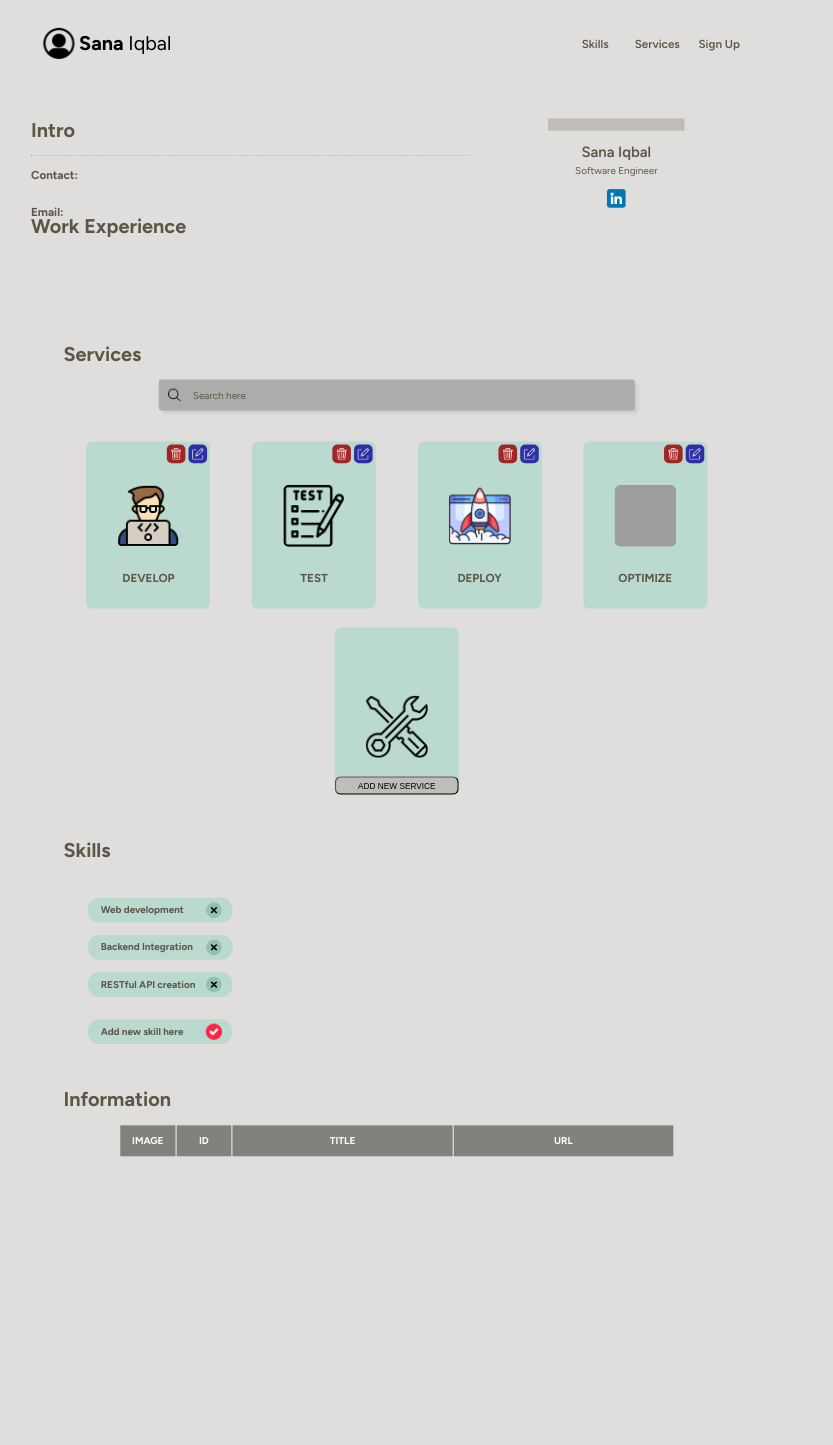
Repository: SanaIqbalDev/Portfolio
Page: portfolio.html
The author's editor kept a copy of each file at every save. The page is drawn from the files as they stood at one save, then again after the next save.
The browser window is 1280 px wide. The page is 1344 px wide, so the pictures cover 1344 px, including what lies to the right of the window. The pictures show the whole page, at 62% of full size.
Pictures or frames that could not be fetched are drawn as grey boxes. The page's requests for data from a server got no answer.

Above is the page before, as saved 2023-08-24 12:18:56.

### portfolio.html
<!DOCTYPE html>
<html lang="en">

<head>
  <meta charset="utf-8" />
  <meta name="viewport" content="width=device-width, initial-scale=1.0" />
  <title>Sana Iqbal</title>
  <link rel="preconnect" href="https://fonts.googleapis.com">
  <link rel="preconnect" href="https://fonts.gstatic.com" crossorigin>
  <link href="https://fonts.googleapis.com/css2?family=Figtree:wght@400;600;700&display=swap" rel="stylesheet">
  <link rel="stylesheet" href="styles.css" />
  <script src="js/portfolio-main.js"></script>
  <script src="js/portfolio-skills.js"></script>
  <script src="js/portfolio-form-submission.js"></script>
  <script src="js/portfolio.external-data.js"></script>
</head>

<body>
  <header>

    <div class="header-div">
      <img width="50px" height="50px" src="res/ic_login.png">
      <h1 style="font-weight: 800;">&nbspSana&nbsp</h1>
      <h1 style="font-weight: 300;">Iqbal</h1>
    </div>

    <div class="header-option-section">

      <h3 id="skillset" class="header-options">Skills</h3>
      <h3 id="services" class="header-options">Services</h3>
      <h3 id="signup" class="header-options">Sign Up</h3>
    </div>
  </header>

  <main>
    <div class="main-content">
      <div class="top-row"  style="width: 100%; display: grid;grid-template-columns: 60% 20%;grid-gap:10%;margin-bottom: -50px;">
        <div class="intro-div">
          <h1 style="margin-top: 0;">Intro</h1>
          <p id="intro-data">

          </p>

          <hr style="margin: 0;">

          <h3 class="inline-div" style=" display: inline-block;">
            Contact:</h3>
          <p id="contact-data" style=" display: inline-block;"></p>
          <br />
          <h3 class="inline-div" style="display: inline-block;">
            Email:</h3>
          <p  id="email-data" style=" display: inline-block;"></p>
        </div>
        <div id="picture">
          <img id="person" width="200px" height="auto"
            />
          <h2  id="name-data" >Sana Iqbal</h2>
          <h4 id="heading">Software Engineer</h3>
            <a id="linkedin-data" target="_blank"><img id="img-linkedin"
                src="res/linkedin.png" width="30px" height="30px"></a>
        </div>
      </div>
      <div id="details">

        <div>
          <h1 style="margin-bottom: 50px;">
            Work Experience</h1>
            <div id="workexp"></div>
          <!-- <h4>
            1. Apni Dukan (Ordering Application)</h4>
          <ul>
            <li>
              Developed and launched a feature-rich E-Commerce based grocery
              application for the company 24 SEVEN, catering to shopkeepers who
              want to order wholesale products in bulk for their shop.
              <pre></pre>
            </li>
            <li>
              Implemented key functionalities including Sign In, Sign Up,
              Catalog management with browsing option, Shopping cart management,
              Order checkout, Order detail, Voice Search feature, along with
              Customer status level management.
              <pre></pre>
            </li>
            <li>
              Utilized Java and Kotlin languages and Android SDK and associated
              libraries for developing robust and scalable Android application.
              <pre></pre>
            </li>
            <li>
              Employed MVVM architecture pattern to enhance code maintainability
              and separation of concerns, and ensured a seamless user experience
              with ongoing testing and debugging process.
            </li>
          </ul>
          <h4 style="margin-top: 30px;">
            2. APNI DUKAN (POS Application)</h4>
          <ul>
            <li>
              Developed application specifically for Point Of Sale devices for
              the company 24 SEVEN, to facilitate shopkeepers in the process of
              automating their daily sales and keeping track of all the orders
              and the customers.
              <pre></pre>
            </li>
            <li>
              Application is well structured to enable easy and quick order
              placement and catalog access from pos device.
              <pre></pre>
            </li>
            <li>
              Application also provide feature to show orders placed to a
              particular store from other sources along with entire order
              management process in the application
              <pre></pre>
            </li>
            <li>
              Java and Kotlin languages are used along with Android SDK and
              other libraries provided by android platform for developing a
              robust application.
            </li>
          </ul> -->
        </div>
      </div>

    </div>
    <div class="services-div">
      <h1>Services</h1>
      <div class="seach-view" id="search-view"
        style="display: flex; justify-content: flex-start;align-items: center; box-sizing: border-box;border-radius: 5px; padding: 5px; width: 60%;background-color: #adacac; box-sizing: border-box; box-shadow: 5px 5px 5px rgb(205, 205, 207); ">
        <img id="search-image" src="res/ic_search.png" style="padding: 10px; cursor: pointer;" width="20px"
          height="20px">
        <label id="search-label" style="margin-left: 10px; width: 100%;">Search here</label>
        <input id="search-input"
          style="display: none; width: 100%; font: 1em sans-serif; border: none; outline: none; background-color: transparent;"
          type="text">
      </div>
      <!-- <div id="search-dropdown" > -->

    </div>
    <div id="products-container" class="slider">
      <div id="1slider" class="slider-bg">
        <div class="item-options">
          <button class="remove-btn"><img src="res/ic_delete.png" width="18px" height="18px"></button>
          <button class="edit-btn"><img src="res/ic_edit.png" width="18px" height="18px"></button>
        </div>
        <div id="develop" class="slider-item">
          <img src="res/ic_develop.png">
          <h3 class="item-title">DEVELOP</h3>
        </div>
      </div>

      <div id="2slider" class="slider-bg">
        <div class="item-options">
          <button class="remove-btn"><img src="res/ic_delete.png" width="18px" height="18px"></button>
          <button class="edit-btn"><img src="res/ic_edit.png" width="18px" height="18px"></button>
        </div>
        <div id="test" class="slider-item">
          <img src="res/ic_test.png">
          <h3 class="item-title">TEST</h3>
        </div>
      </div>

      <div id="3slider" class="slider-bg">
        <div class="item-options">
          <button class="remove-btn"><img src="res/ic_delete.png" width="18px" height="18px"></button>
          <button class="edit-btn"><img src="res/ic_edit.png" width="18px" height="18px"></button>
        </div>
        <div id="deploy" class="slider-item">
          <img src="res/ic_deploy.png">
          <h3 class="item-title">DEPLOY</h3>
        </div>
      </div>

      <div id="4slider" class="slider-bg">
        <div class="item-options">
          <button class="remove-btn"><img src="res/ic_delete.png" width="18px" height="18px"></button>
          <button class="edit-btn"><img src="res/ic_edit.png" width="18px" height="18px"></button>
        </div>
        <div id="optimize" class="slider-item">
          <img src="res/ic_optimize.png">
          <h3 class="item-title">OPTIMIZE</h3>

        </div>
      </div>

      <div id="add-item-div" class="slider-bg">
        <div class="slider-item">
          <img src="res/ic_addItem.png">
        </div>
        <button id="add-item" class="add-new-item">ADD NEW SERVICE</button>

      </div>
    </div>
    </div>


    <div id="skills-div" class="skills-div">
      <h1>Skills</h1>
      <div style="width: 84%; display: block;">
        <div id="skill-items" class="skill-items">
          <ul id="skill-list">
          </ul>
          <div class="add-skill-item">
            <label id="add-skill-label" class="title-skill">Add new skill here</label>
            <input id="add-skill-input" class="add-skill" type="text" placeholder="Add Skill" value=""
              style="display: none; font: 1em sans-serif; border: none; outline: none; background-color: #badacf;">

            <button id="add-skill-btn"><img src="res/ic_add.png" width="30px" height="30px"
                style="transition: filter 0.3s ease;box-sizing: border-box; padding: 2px;"></button>

          </div>
        </div>
      </div>

    </div>

    <div class="external-data-div">
      <h1>Information</h1>
      <table class="info-table" style="width: 70%;">
        <tr style="height: 50px; width: 100%;">
          <th class="image-id-cell" style=" background-color: #83817e; color: white;">IMAGE</th>
          <th class="image-id-cell" style=" background-color: #83817e;  color: white;">ID</th>
          <th style=" background-color: #83817e; color: white; width: 40%;">TITLE</th>
          <th style="width: 40%;background-color: #83817e; color: white;">URL</th>
        </tr>
      </table>
      <div class="table-container">
        <table id="info-table" class="info-table">
        </table>
      </div>

    </div>

    <div id="signupModal" class="signup-modal">
      <div class="modal-content">
        <h2>Fill your information</h2>

        <form id="submit-form" action="">
          <section>
            <input id="name" class="input-field" type="text" placeholder="Name" value="">
            <input id="email" class="input-field" placeholder="Email" value="">
            <input id="password" class="input-field" type="password" placeholder="Password (atleast 6 characters)"
              value="">
          </section>

          <div
            style="display: flex; justify-content: center;max-height: 50px;height: 50px; margin-top: 50px; margin-left: auto; margin-right: auto;">
            <button id="submit" type="submit">SUBMIT</button>
            <div id="loading" class="spinner"></div>
          </div>
        </form>
      </div>
    </div>
    <div id="productDesc" class="product-modal">
      <div id="product-content" class="product-content">
        <img id="product-img" src="res/ic_develop.png" width="100px" height="100px">
        <h2 id="product-title" style="margin-top: 30px;">TITLE</h2>
        <p id="product-description" style="margin-top: 30px;">We are a dedicated and proficient website development
          service provider, committed to crafting impactful
          online solutions for businesses across diverse industries.
          With a team of skilled developers, designers, and digital strategists, we offer comprehensive website
          development services that transcend mere online presence.<br /><br />

          Our approach begins by understanding your unique business objectives and target audience. Leveraging
          cutting-edge technologies and industry best practices, we meticulously
          design and develop websites that are not only visually stunning but also functionally robust. <br /><br />

          From responsive designs that adapt seamlessly to different devices to user-friendly
          interfaces that enhance engagement, we ensure every element contributes to an exceptional user experience.
          <br />
        </p>
      </div>
    </div>

    <!-- Edit Form Modal -->
    <div id="editModal" class="edit-modal">
      <div class="edit-content">
        <form id="service-info-form" action="">
          <section class="input-section">
            <img id="imagePreview" src="" alt="Selected Image" style="width: 110px; height: 110px;">
            <input id="edit-img" class="input-field" type="file" value="">
            <input id="edit-title" class="input-field" class="input-field" type="text" placeholder="Add service title"
              value="">
            <textarea id="edit-description" class="input-field"
              style=" width: 90%; min-height: 120px;height: auto;overflow: auto;white-space: wrap;font-family: 'Figtree', sans-serif;">This is a long piece of text that will wrap inside the textarea element.</textarea>
            <button id="submit-edit-info" type="submit">SUBMIT</button>
          </section>
        </form>
      </div>
    </div>

    <div id="edit-modal-alert">
      <div id="successModal" class="alert-modal">
        <img id="alert-icon" src="res/ic_success.png" width="50px" height="50px">
        <h2 id="alert-message">Data has been sent successfully</h2>
      </div>
    </div>
  </main>

</body>

</html>

Loaded but not shown: js/portfolio-main.js (641 lines, source omitted); js/portfolio-form-submission.js (112 lines, source omitted); js/portfolio-skills.js (122 lines, source omitted); js/portfolio.external-data.js (53 lines, source omitted); styles.css (811 lines, source omitted)

After the next save:
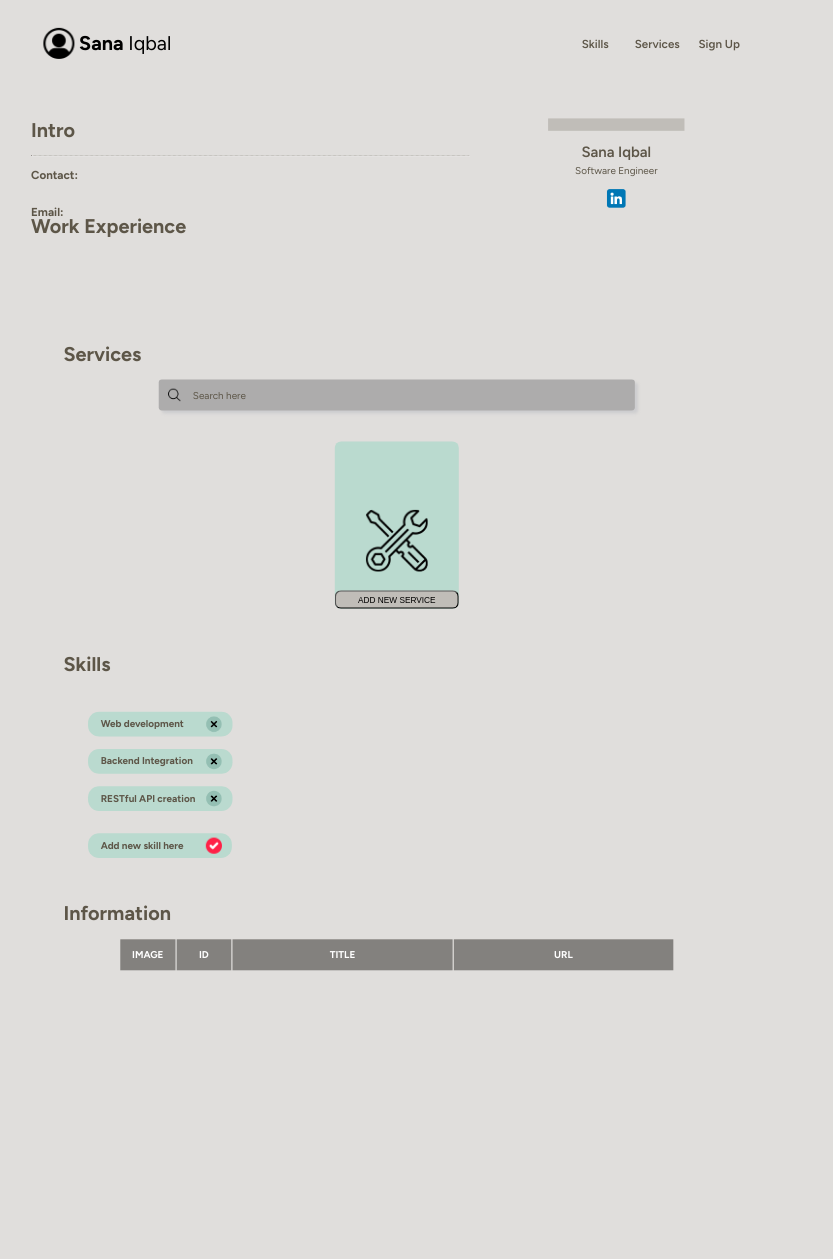
Saved 4 min 0 s later.
--- a/portfolio.html
+++ b/portfolio.html
@@ -66,60 +66,6 @@
           <h1 style="margin-bottom: 50px;">
             Work Experience</h1>
             <div id="workexp"></div>
-          <!-- <h4>
-            1. Apni Dukan (Ordering Application)</h4>
-          <ul>
-            <li>
-              Developed and launched a feature-rich E-Commerce based grocery
-              application for the company 24 SEVEN, catering to shopkeepers who
-              want to order wholesale products in bulk for their shop.
-              <pre></pre>
-            </li>
-            <li>
-              Implemented key functionalities including Sign In, Sign Up,
-              Catalog management with browsing option, Shopping cart management,
-              Order checkout, Order detail, Voice Search feature, along with
-              Customer status level management.
-              <pre></pre>
-            </li>
-            <li>
-              Utilized Java and Kotlin languages and Android SDK and associated
-              libraries for developing robust and scalable Android application.
-              <pre></pre>
-            </li>
-            <li>
-              Employed MVVM architecture pattern to enhance code maintainability
-              and separation of concerns, and ensured a seamless user experience
-              with ongoing testing and debugging process.
-            </li>
-          </ul>
-          <h4 style="margin-top: 30px;">
-            2. APNI DUKAN (POS Application)</h4>
-          <ul>
-            <li>
-              Developed application specifically for Point Of Sale devices for
-              the company 24 SEVEN, to facilitate shopkeepers in the process of
-              automating their daily sales and keeping track of all the orders
-              and the customers.
-              <pre></pre>
-            </li>
-            <li>
-              Application is well structured to enable easy and quick order
-              placement and catalog access from pos device.
-              <pre></pre>
-            </li>
-            <li>
-              Application also provide feature to show orders placed to a
-              particular store from other sources along with entire order
-              management process in the application
-              <pre></pre>
-            </li>
-            <li>
-              Java and Kotlin languages are used along with Android SDK and
-              other libraries provided by android platform for developing a
-              robust application.
-            </li>
-          </ul> -->
         </div>
       </div>
 
@@ -139,7 +85,7 @@
 
     </div>
     <div id="products-container" class="slider">
-      <div id="1slider" class="slider-bg">
+      <!-- <div id="1slider" class="slider-bg">
         <div class="item-options">
           <button class="remove-btn"><img src="res/ic_delete.png" width="18px" height="18px"></button>
           <button class="edit-btn"><img src="res/ic_edit.png" width="18px" height="18px"></button>
@@ -182,7 +128,7 @@
           <h3 class="item-title">OPTIMIZE</h3>
 
         </div>
-      </div>
+      </div> -->
 
       <div id="add-item-div" class="slider-bg">
         <div class="slider-item">
